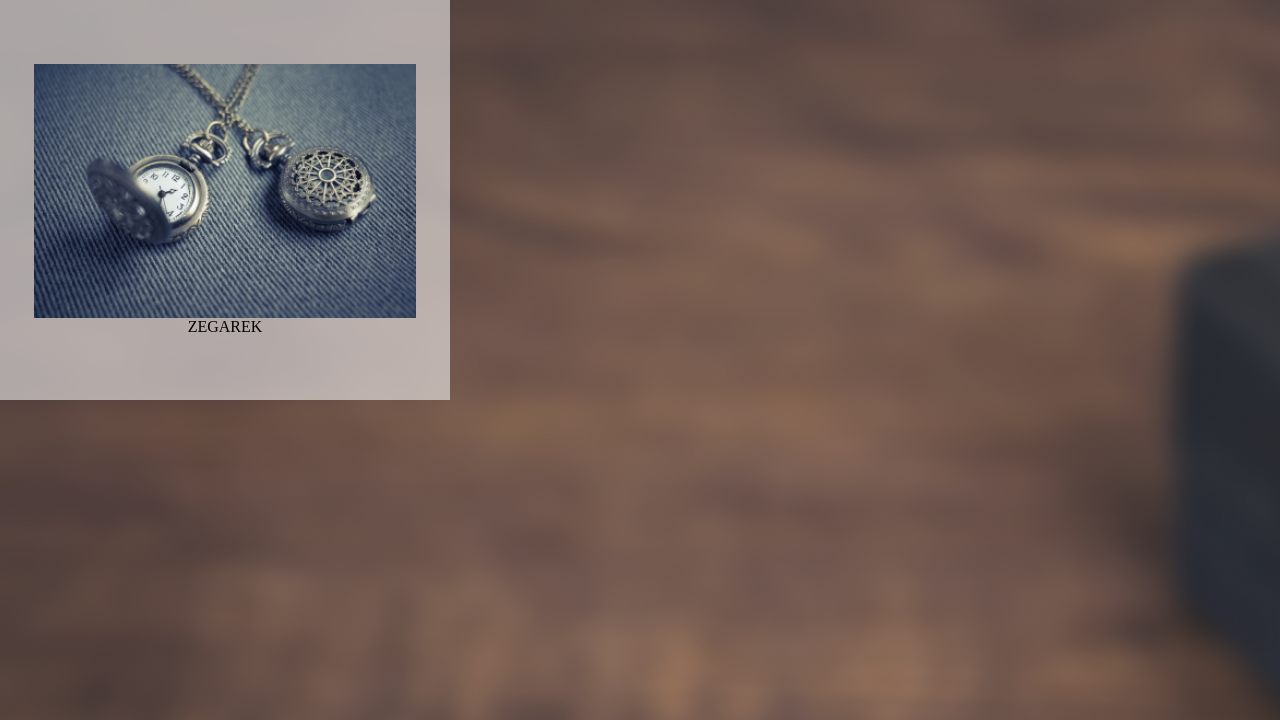
Repository: Rickardo198/prezent
Page: index.html
An editor plug-in stored every save of this project. The page is shown before and after the next save, followed by the edit.
The browser window is 1280 px wide. The pictures show the whole page.

Above is the page before, as saved 2020-10-25 21:16:49.

### index.html
<!DOCTYPE HTML>
<html>
<head>
    <title>Wszystkiego najlepszego!</title>
    <meta charset="utf-8">
    <style>
        *{
            margin: 0;
            padding: 0;
        }
        body{
            width: calc(100vw - 20px);
            height: 100vh;
            background: url("bg.png");
            box-sizing: border-box;
        }
        .wrapper{
            width: 450px;
            height: 400px;
            position: relative;
            display: flex;
            flex-direction: column;
            align-items: center;
            justify-content: center;
        }
        .bgWrapper{
            width: 100%;
            height: 100%;
            position: absolute;
            top:0;
            left: 0;
            background: rgba(255, 255, 255, .55);
            filter: blur(30);
            z-index: -1;
        }
        .wrapperImg{
            width: 85%;
        }
    </style>
</head>
<body>
    <div class="wrapper">
        <div class="bgWrapper"></div>
        <img src="img.png" alt="obrazki" class="wrapperImg">
        <p class="wrapperTitle">ZEGAREK</p>
    </div>
</body>
</html>

After the next save:
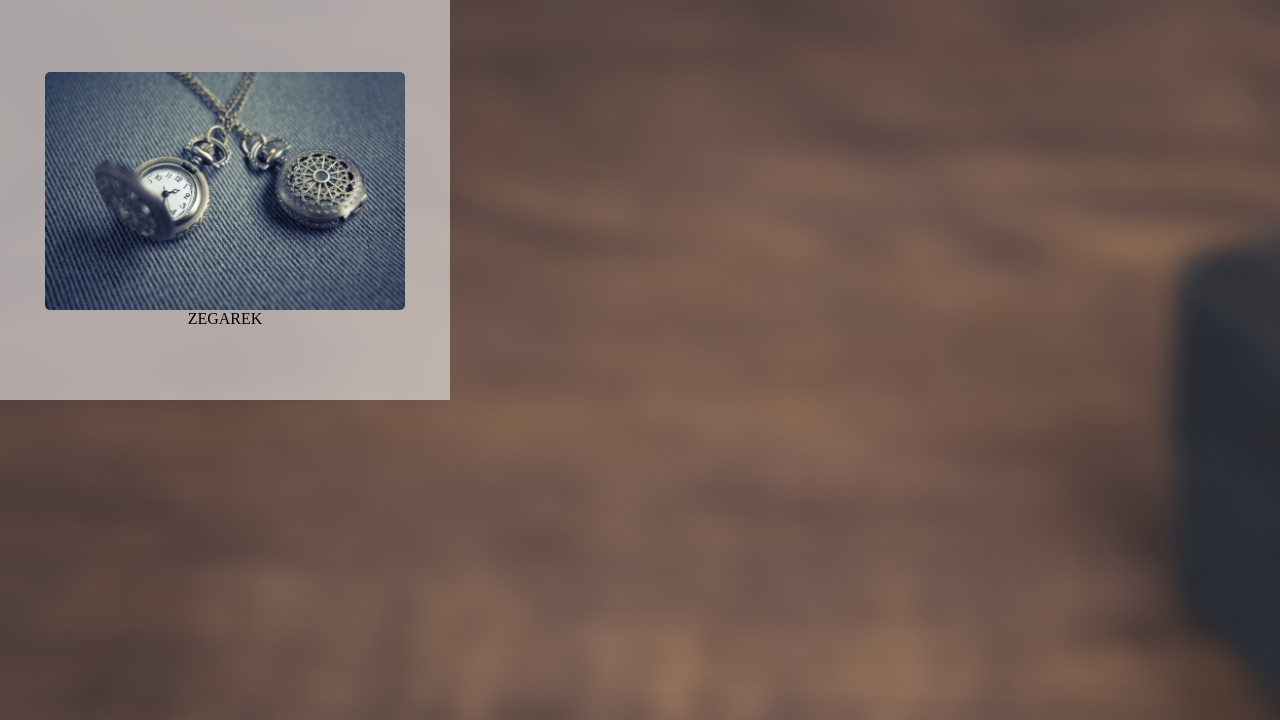
Saved 51 s later.
--- a/index.html
+++ b/index.html
@@ -22,6 +22,7 @@
             flex-direction: column;
             align-items: center;
             justify-content: center;
+            border-radius: 5px;
         }
         .bgWrapper{
             width: 100%;
@@ -34,7 +35,8 @@
             z-index: -1;
         }
         .wrapperImg{
-            width: 85%;
+            width: 80%;
+            border-radius: 5px;
         }
     </style>
 </head>
